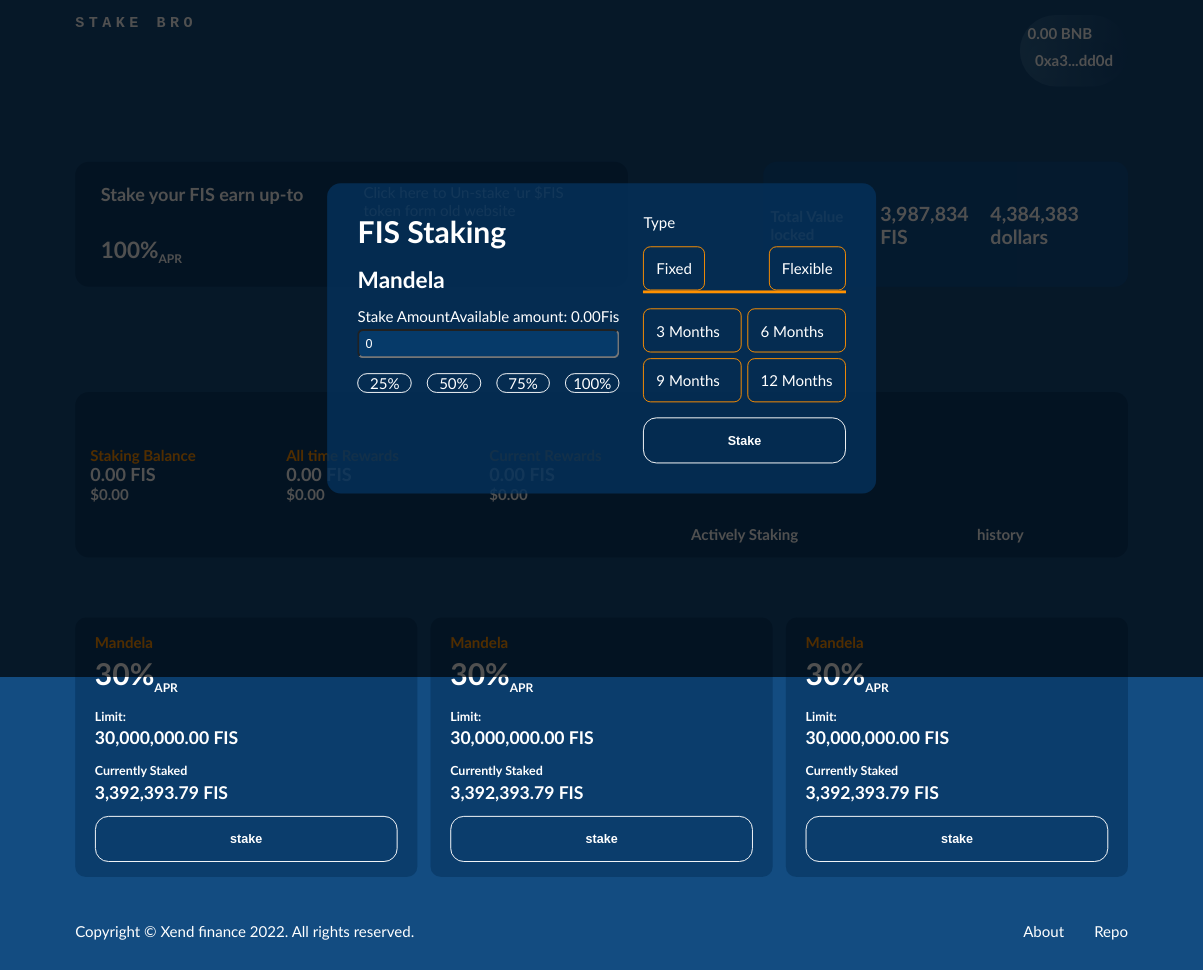
Repository: NorVirae/Stake
Page: /, after clicking the first element matching `button.stake-button`
The author's editor kept a copy of each file at every save. The page is drawn from the files as they stood at one save, then again after the next save.
The browser window is 1280 px wide. The pictures show the whole page, at 94% of full size.
The project was rebuilt for these pictures with package versions that can differ from the ones it lists, and the page was loaded fresh each time.

Above is the page before, as saved 2022-04-18 19:39:41.

After the next save:
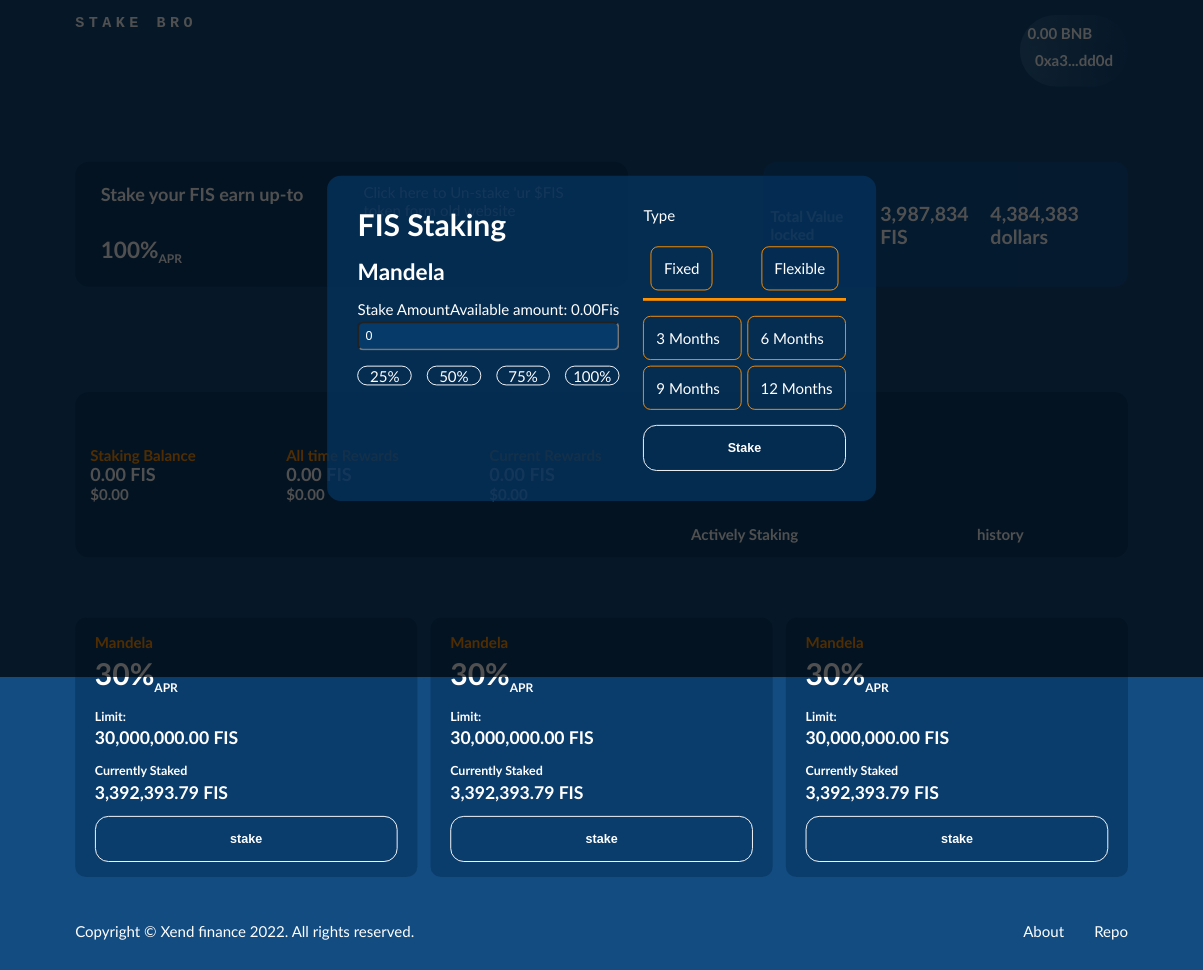
Saved 4 s later.
--- a/src/styles/app.css
+++ b/src/styles/app.css
@@ -363,7 +363,7 @@ footer ul{
     display: flex;
     gap: .6rem;
     justify-content: space-between;
-    padding: ;
+    padding: .5rem;
     border-bottom: .2rem solid #FF9100;
 
 }
